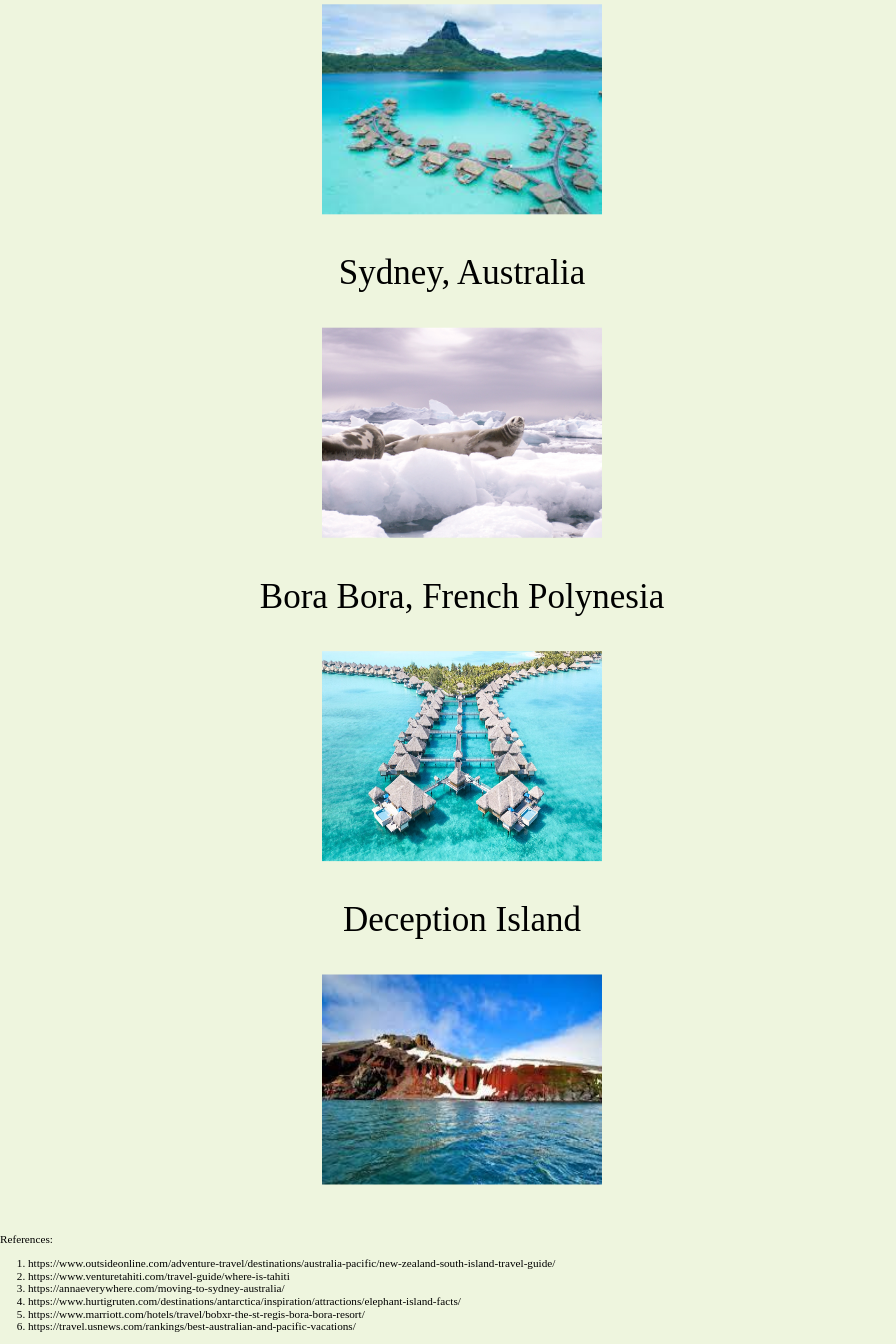
Repository: alharama/StaticWebsite
Page: au_page.html
These files come from the project's save history. The page is drawn as it stood at one moment and after the next save; the edit follows.
The browser window is 1280 px wide. The pictures show the part of the page from y = 1263 to 3183 px (the page is 3183 px tall), at 70% of full size.

Above is the page before, as saved 2021-09-29 22:41:29.

After the next save:
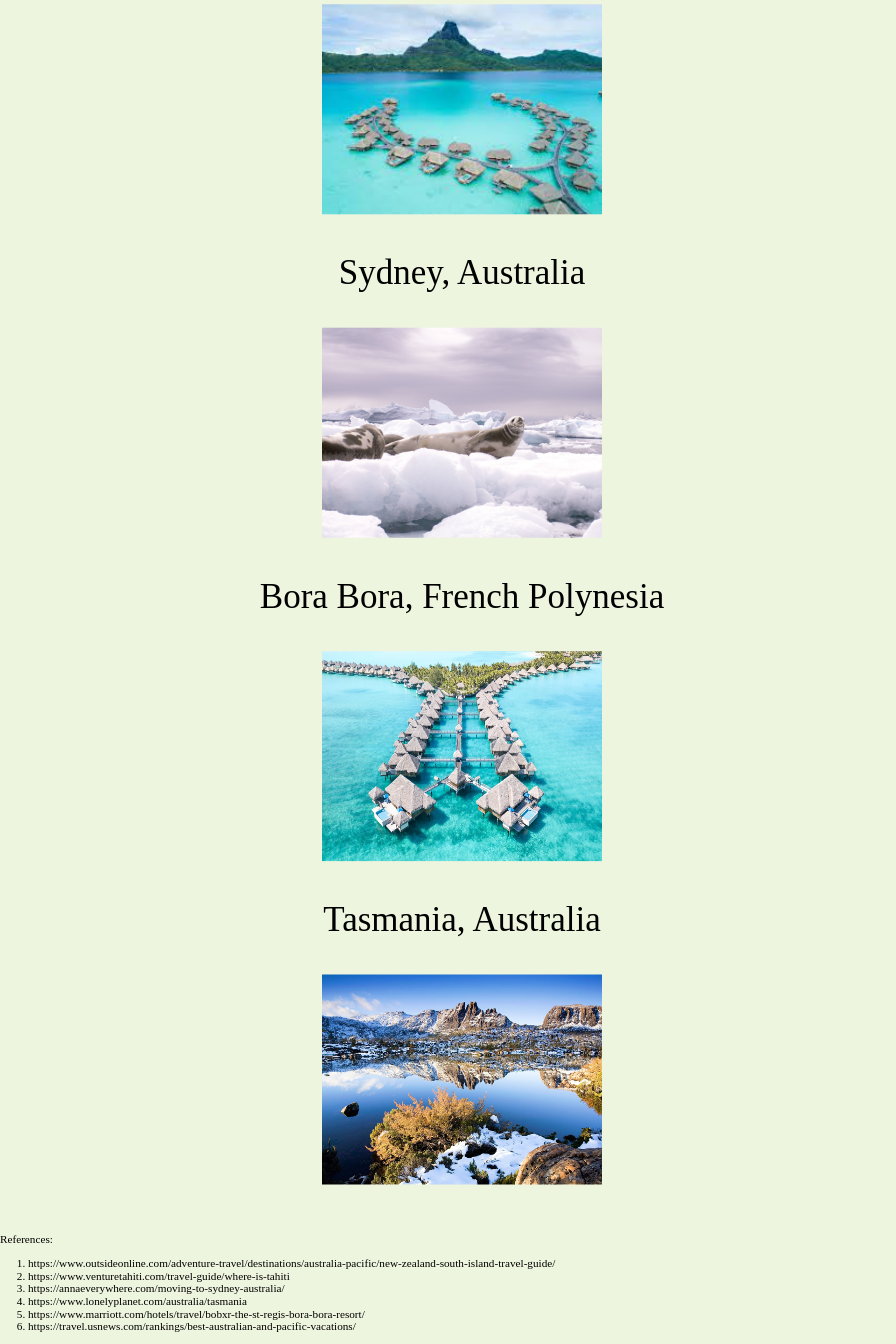
Saved 61 s later.
--- a/au_page.html
+++ b/au_page.html
@@ -156,8 +156,8 @@
             <span><img id = "dest" src="images/Wedell.jpeg" alt = "Sydney">  </span>
             <li> Bora Bora, French Polynesia</li>
             <span><img id = "dest" src="images/Bora.jpeg" alt="Bora Bora">  </span>
-            <li> Deception Island</li>
-            <span><img id="dest" src="images/Deception.jpeg" alt="Deception Island">  </span>
+            <li> Tasmania, Australia</li>
+            <span><img id="dest" src="images/Tasmania.jpeg" alt="Tasmania">  </span>
 
         </ul>
 
@@ -172,7 +172,7 @@
             <li>https://www.outsideonline.com/adventure-travel/destinations/australia-pacific/new-zealand-south-island-travel-guide/</li>
             <li>https://www.venturetahiti.com/travel-guide/where-is-tahiti</li>
             <li>https://annaeverywhere.com/moving-to-sydney-australia/</li>
-            <li>https://www.hurtigruten.com/destinations/antarctica/inspiration/attractions/elephant-island-facts/</li>
+            <li>https://www.lonelyplanet.com/australia/tasmania</li>
             <li>https://www.marriott.com/hotels/travel/bobxr-the-st-regis-bora-bora-resort/</li>
             <li>https://travel.usnews.com/rankings/best-australian-and-pacific-vacations/</li>
         </ol>
